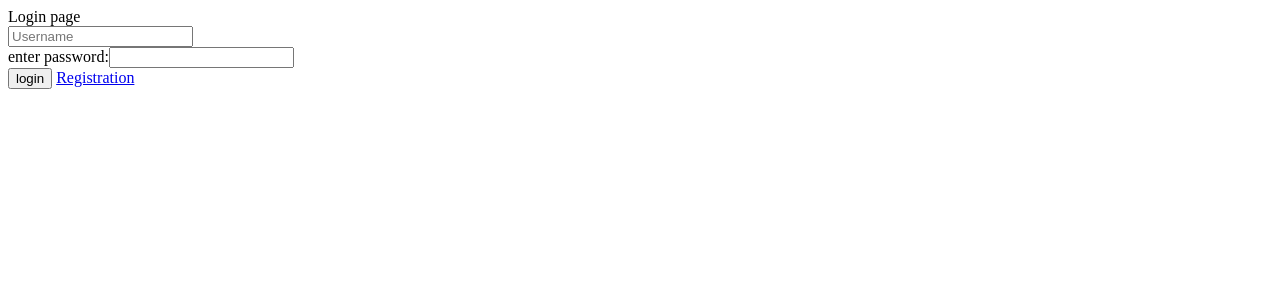
Repository: vishnushelke/LoginPage
Page: http://localhost/MyLoginPage/Login.jsp
These files come from the project's save history. The page is drawn as it stood at one moment and after the next save; the edit follows.
The browser window is 1280 px wide. The pictures show the whole page.
The page is served by Tomcat 9.

Above is the page before, as saved 2019-10-10 05:49:24.

After the next save:
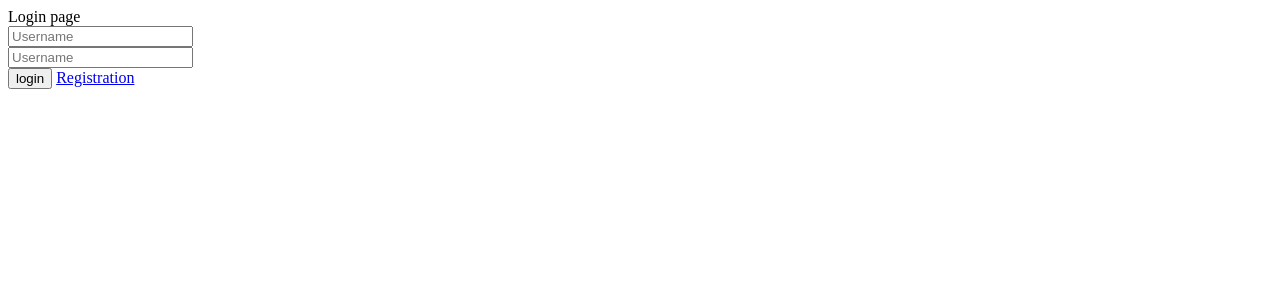
Saved 20 s later.
--- a/MyLoginPage/WebContent/Login.jsp
+++ b/MyLoginPage/WebContent/Login.jsp
@@ -15,7 +15,13 @@
   </div>
   <input type="text" class="form-control" placeholder="Username" aria-label="Username" aria-describedby="basic-addon1">
 </div>
-enter password:<input type="password" name="password"><br>
+<div class="input-group mb-3">
+  <div class="input-group-prepend">
+    <span class="input-group-text" id="basic-addon1"></span>
+  </div>
+  <input type="password" class="form-control" placeholder="Username" aria-label="Username" aria-describedby="basic-addon1">
+</div>
+
 <input type="submit" value="login"> <a href="register.jsp">Registration</a>
 
 </form>
